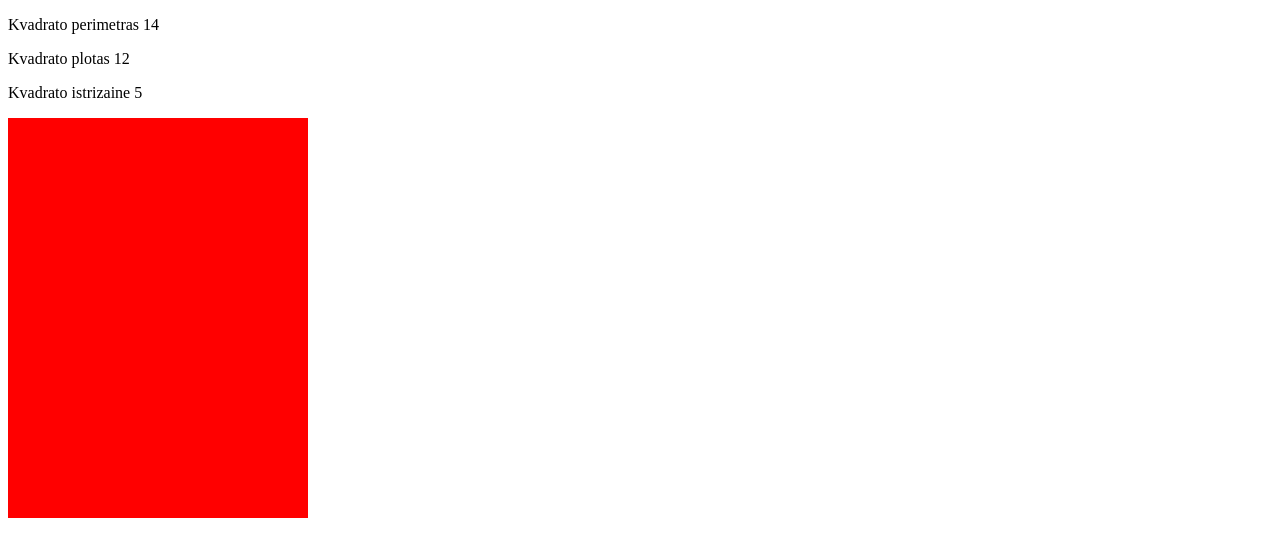
Repository: motiejus1/10-paskaita-JS
Page: index.html
These files come from the project's save history. The page is drawn as it stood at one moment and after a run of saves; the edit follows.
The browser window is 1280 px wide. The pictures show the whole page.

Above is the page before, as saved 2021-06-22 11:17:44.

After the next 2 saves:
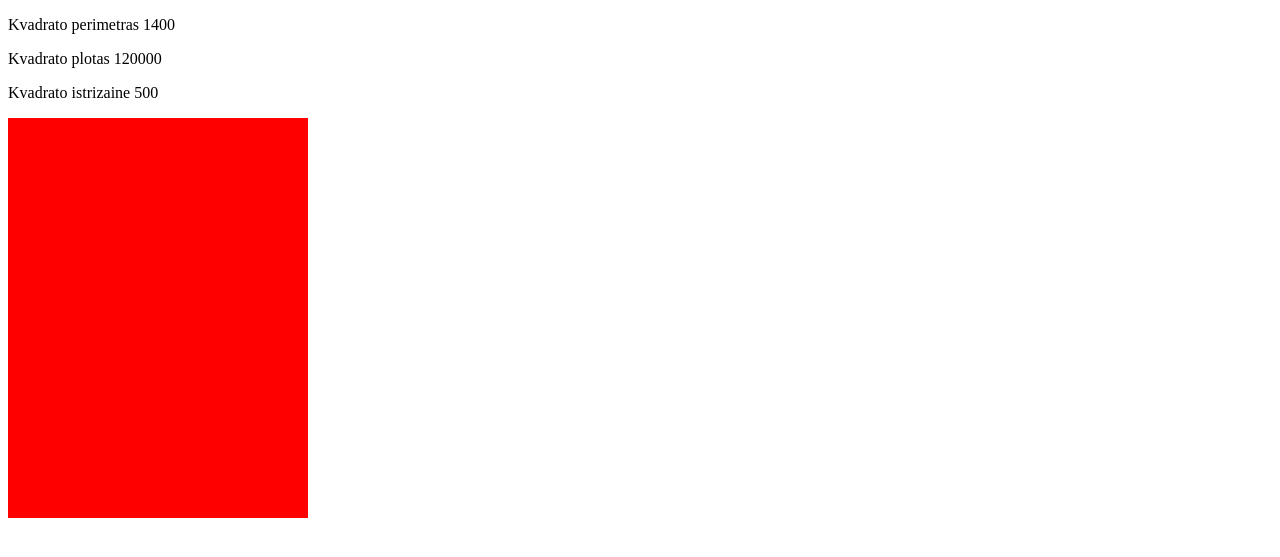
The 2 saves are shown as one change because they came seconds apart.
The last was saved 95 s later.
--- a/script1.js
+++ b/script1.js
@@ -8,8 +8,8 @@
 // Papildoma: a ir b kintamieji apibrežia kvadratą pikseliais. Pagal įvestas reikšmes į input, HTML nubraižomas kvadrato objektas.
 
 let kvadratas = {
-    a: 3,
-    b: 4,
+    a: 300,
+    b: 400,
 
     plotasPerimetras: function() {
 
